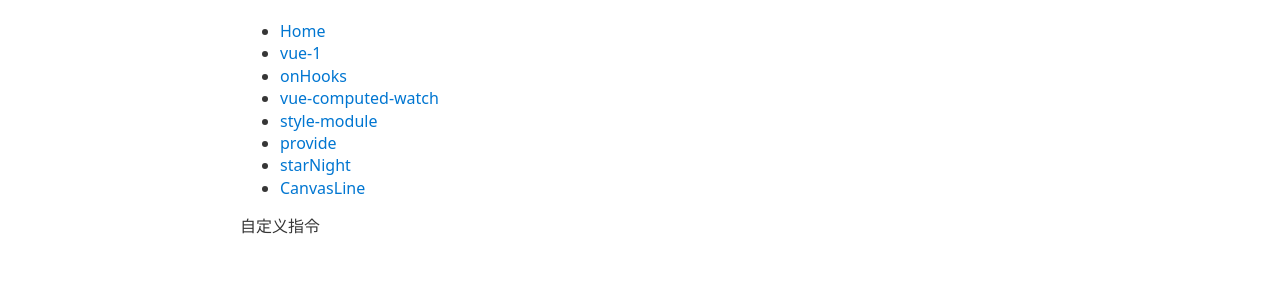
Repository: 596178924/vue3-ts-html
Page: /
These files come from the project's save history. The page is drawn as it stood at one moment and after the next save; the edit follows.
The browser window is 1280 px wide. The pictures show the whole page.
The project was rebuilt for these pictures with package versions that can differ from the ones it lists, and the page was loaded fresh each time. Also part of the build but not shown: vue.config.js.

Above is the page before, as saved 2022-02-16 17:20:08.

### public/index.html
<!DOCTYPE html>
<html lang="">
  <head>
    <meta charset="utf-8">
    <meta http-equiv="X-UA-Compatible" content="IE=edge">
    <meta name="viewport" content="width=device-width,initial-scale=1.0">
	<link rel="stylesheet" href="https://cdn.jsdelivr.net/npm/water.css@2/out/water.css">
    <link rel="icon" href="<%= BASE_URL %>favicon.ico">
    <title><%= htmlWebpackPlugin.options.title %></title>
  </head>
  <body>
    <noscript>
      <strong>We're sorry but <%= htmlWebpackPlugin.options.title %> doesn't work properly without JavaScript enabled. Please enable it to continue.</strong>
    </noscript>
    <div id="app"></div>
    <!-- built files will be auto injected -->
  </body>
</html>

### src/main.ts
import { createApp } from 'vue';
import App from './App.vue';
import router from './router';
import { createPinia } from 'pinia';
import directive from "./utils/directives";
const app = createApp(App);
app.use(createPinia());
app.use(router);
app.use(directive);
app.mount('#app');

### src/App.vue
<template>
  <Nav></Nav>
  <router-view/>
</template>

<script setup lang="ts">
import Nav from "@/components/nav.vue";
</script>
<style lang="scss">

</style>

### src/router/index.ts
import { createRouter, createWebHashHistory, RouteRecordRaw } from 'vue-router';

export const routes: Array<RouteRecordRaw> = [
	{
		path: '/',
		name: 'Home',
		component: () => import('@/views/Home.vue')
	},
	{
		path: '/vue-1',
		name: 'vue-1',
		component: () => import('@/views/vue-1.vue')
	},
	{
		path: '/onHooks',
		name: 'onHooks',
		component: () => import('@/views/onHooks.vue')
	},
	{
		path: '/vue-computed-watch',
		name: 'vue-computed-watch',
		component: () => import('@/views/vue-computed-watch.vue')
	},
	{
		path: '/style-module',
		name: 'style-module',
		component: () => import('@/views/style-module.vue')
	},
	{
		path: '/provide',
		name: 'provide',
		component: () => import('@/views/provide.vue')
	},
	{
		path: '/starNight',
		name: 'starNight',
		component: () => import('@/views/starNight.vue')
	},
	{
		path: '/CanvasLine',
		name: 'CanvasLine',
		component: () => import('@/views/CanvasLine.vue')
	},

];

const router = createRouter({
	history: createWebHashHistory(),
	routes
});

export default router;

### src/utils/directives/index.ts
import { App } from "vue";
import VCopy from "./v-copy";
import VFocus from "./v-focus"
export default (app: App<Element>) => {
    app.directive('copy', VCopy);
    app.directive('focus', VFocus);
}

### src/components/nav.vue
<template>
    <ul>
        <li v-for="(item, index) in navList" :key="index">
            <router-link :to="item.path">{{ item.name }}</router-link>
        </li>
    </ul>
</template>
<script setup lang="ts">
import { routes } from "@/router/index";
const navList = routes.map((item) => ({
    path: item.path,
    name: item.name
}))
</script>

### src/views/Home.vue
<template>
    <div class="">
        <!-- <p v-copy="'自定义指令 copy text'" @click="say">自定义指令</p> -->
        <!-- <p v-copy="{text:'自定义指令 copy text'}" @click="say">自定义指令</p> -->
        <p v-copy @click="say">自定义指令</p>
        <!-- <input v-focus type="text" placeholder="自动获取焦点"> -->
    </div>
</template>

<script setup lang="ts" >
function say() {
    console.log('组件内的点击事件');

}
</script>
<style lang="scss" scoped>
</style>

### src/utils/directives/v-copy.ts
export const copyText = function (text: string) {
    console.log(text)
    let textareaEl = document.createElement('textarea');
    textareaEl.setAttribute('readonly', 'readonly'); // 防止手机上弹出软键盘
    textareaEl.value = text;
    document.body.appendChild(textareaEl);
    textareaEl.select();
    let success = document.execCommand('copy');
    document.body.removeChild(textareaEl);
    // return success;
}

export default (el: HTMLElement, binding: any) => {
    console.log('copy', el, binding)
    console.log('copy', binding.value)
    const value = binding.value || el.innerText || '';
    // const elText:string = binding.value[text];
    let text: string = value.text || value;
    el.onclick = function () {
        copyText(text);
    }
    // el.addEventListener('click', copyText(binding.value))
}

### src/utils/directives/v-focus.ts
export default (el:HTMLElement,binding: any) =>{
    console.log('focus',el,binding)
    console.dir('focus',binding)
    el.focus()
}

After the next save:
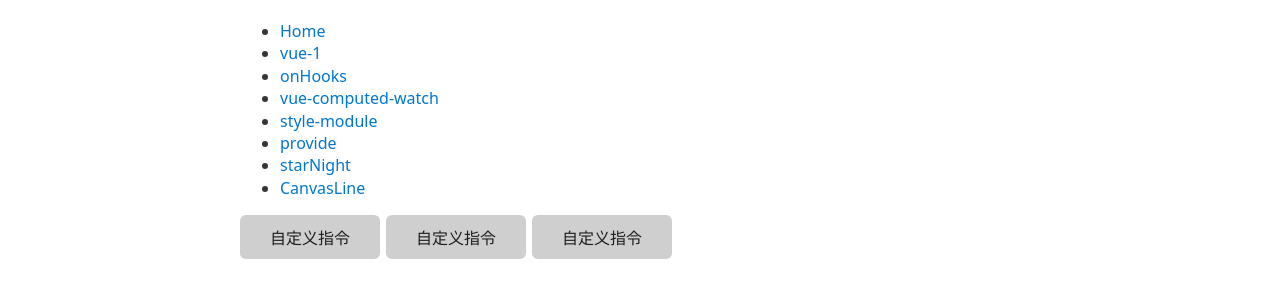
Saved 55 s later.
--- a/src/views/Home.vue
+++ b/src/views/Home.vue
@@ -1,8 +1,8 @@
 <template>
     <div class="">
-        <!-- <p v-copy="'自定义指令 copy text'" @click="say">自定义指令</p> -->
-        <!-- <p v-copy="{text:'自定义指令 copy text'}" @click="say">自定义指令</p> -->
-        <p v-copy @click="say">自定义指令</p>
+        <button v-copy="'自定义指令 copy text'" @click="say">自定义指令</button>
+        <button v-copy="{text:'自定义指令 copy text'}" @click="say">自定义指令</button>
+        <button  v-copy @click="say">自定义指令</button>
         <!-- <input v-focus type="text" placeholder="自动获取焦点"> -->
     </div>
 </template>
